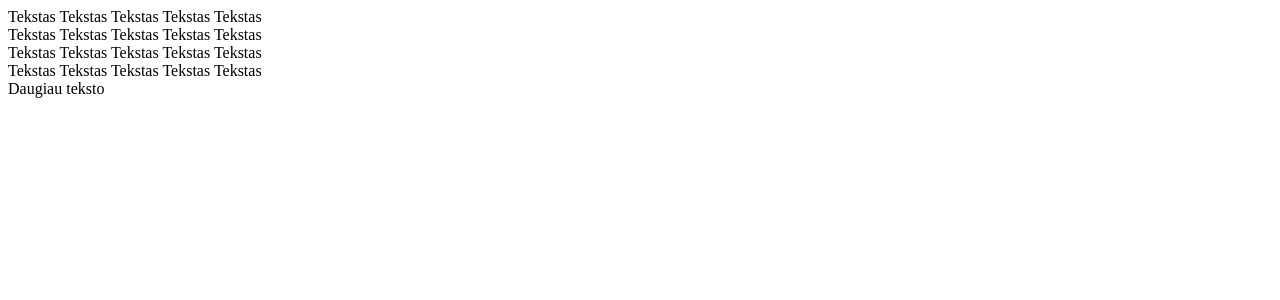
Repository: motiejus1/01-paskait
Page: pirmas.html
The author's editor kept a copy of each file at every save. The page is drawn from the files as they stood at one save, then again after the next save.
The browser window is 1280 px wide. The pictures show the whole page.

Above is the page before, as saved 2021-05-31 20:01:03.

### pirmas.html
<!DOCTYPE html>

<html lang="en">
    <head>
        <meta charset="UTF-8">
        <meta http-equiv="X-UA-Compatible" content="IE=edge">
        <meta name="viewport" content="width=device-width, initial-scale=1.0">
        <title>Pirma paskaita</title>
    </head>

    <body>


        Tekstas Tekstas Tekstas Tekstas Tekstas<br>
        Tekstas Tekstas Tekstas Tekstas Tekstas<br>
        Tekstas Tekstas Tekstas Tekstas Tekstas<br>
        Tekstas Tekstas Tekstas Tekstas Tekstas<br>

        Daugiau teksto
    </body>

</html>

After the next save:
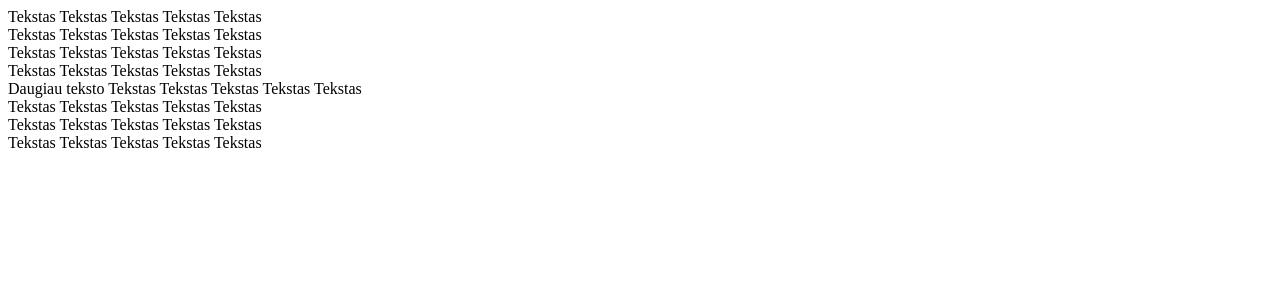
Saved 5 min 53 s later.
--- a/pirmas.html
+++ b/pirmas.html
@@ -17,6 +17,12 @@
         Tekstas Tekstas Tekstas Tekstas Tekstas<br>
 
         Daugiau teksto
+
+
+        Tekstas Tekstas Tekstas Tekstas Tekstas<br>
+        Tekstas Tekstas Tekstas Tekstas Tekstas<br>
+        Tekstas Tekstas Tekstas Tekstas Tekstas<br>
+        Tekstas Tekstas Tekstas Tekstas Tekstas<br>
     </body>
 
 </html>
